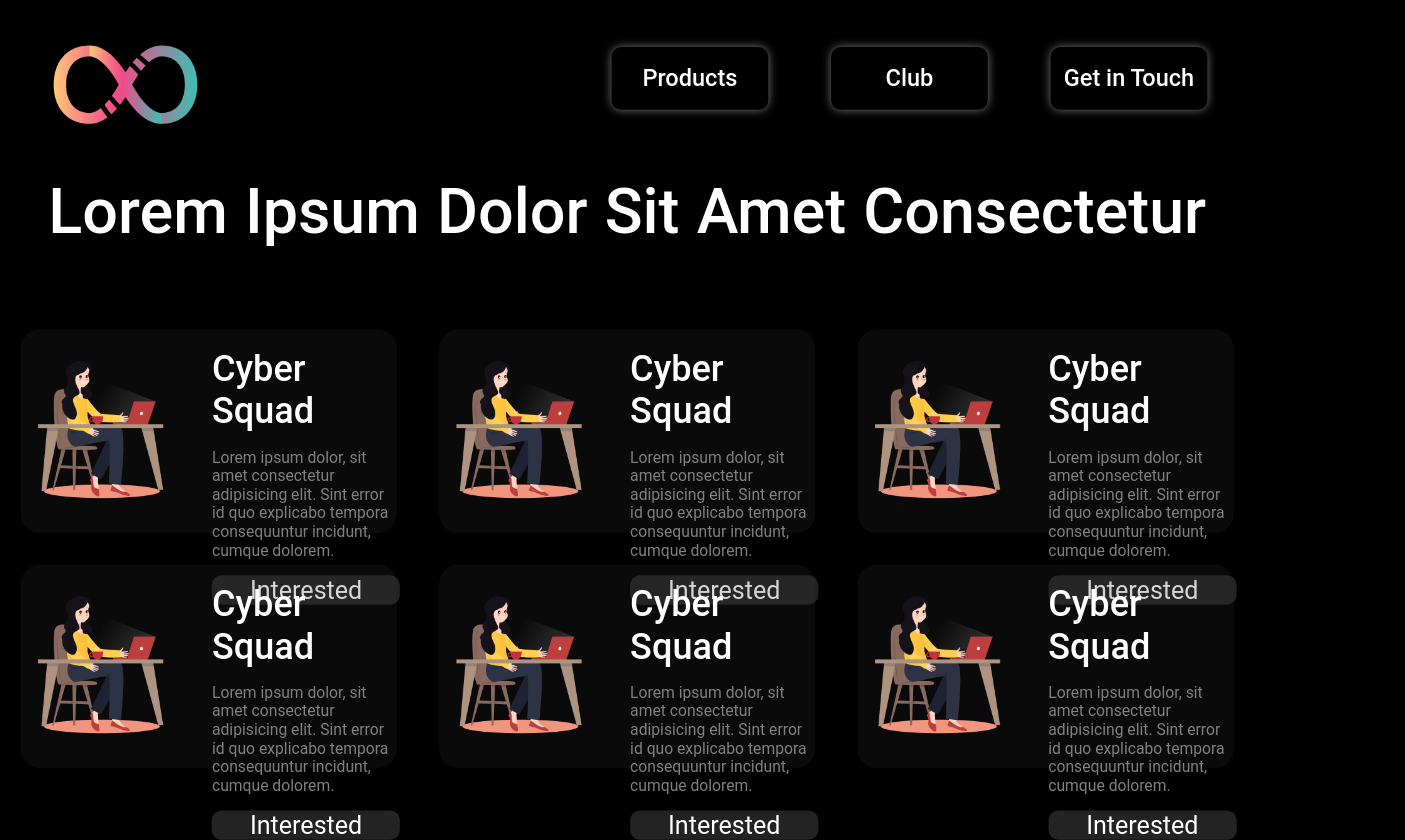
Repository: kapil4457/vizion-internship-project
Page: /
An editor plug-in stored every save of this project. The page is shown before and after a run of saves, followed by the edit.
The browser window is 1280 px wide. The page is 1280 px wide, then 1434 px, so the pictures cover 1434 px, including what lies to the right of the window. The pictures show the whole page, at 98% of full size.
The project was rebuilt for these pictures with package versions that can differ from the ones it lists, and the page was loaded fresh each time. Also part of the build but not shown: src/index.css.

Above is the page before, as saved 2022-10-29 10:20:31.

After the next 2 saves:
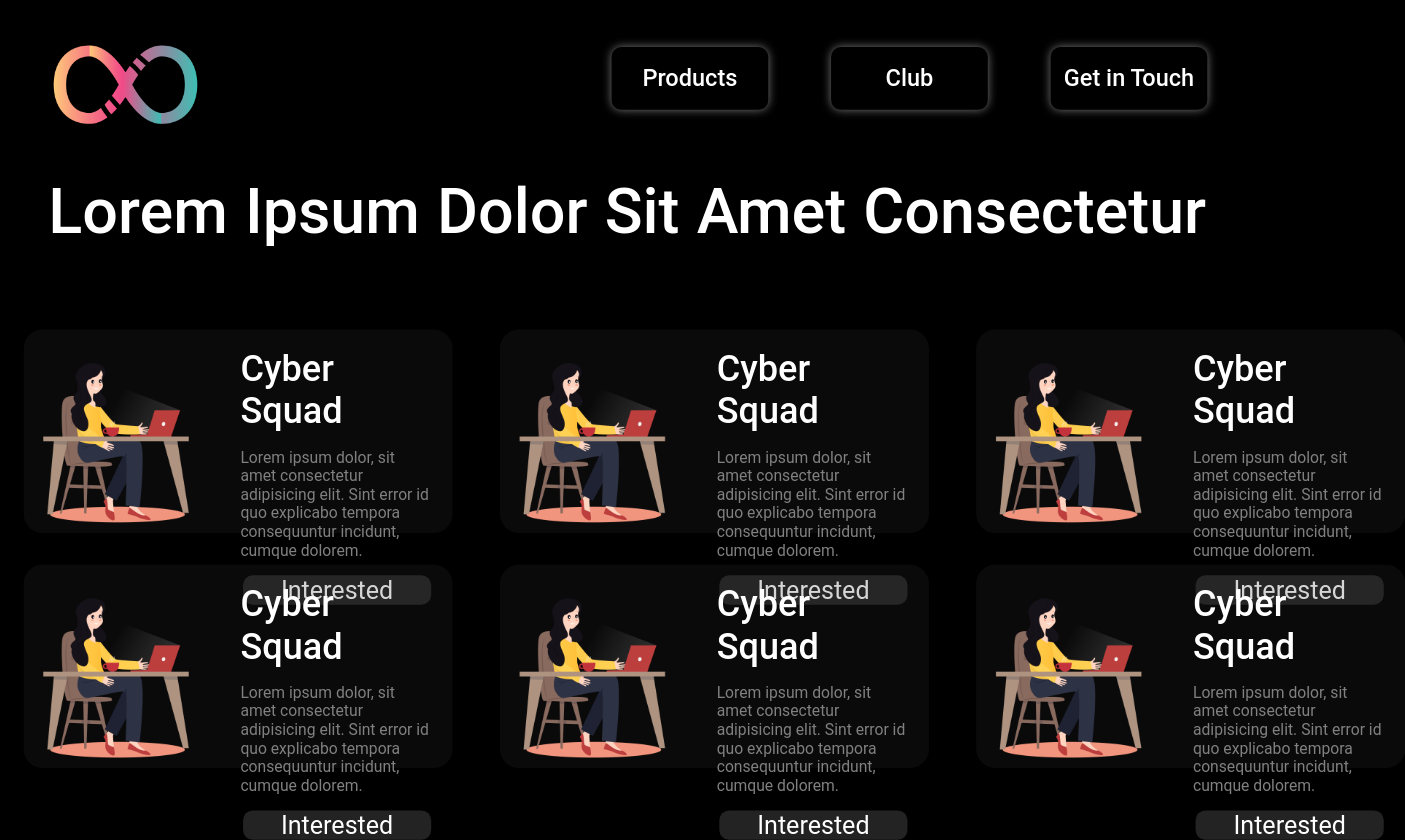
The 2 saves are shown as one change because they came seconds apart.
The last was saved 30 s later.
--- a/src/components/Home/HomeCard.css
+++ b/src/components/Home/HomeCard.css
@@ -14,7 +14,8 @@
     border:3px solid blue;
 }
 .home-card>img{
-    height:10rem;
+    /* height:10rem; */
+    width:15rem;
 
 }
 .home-card > .card-info{
